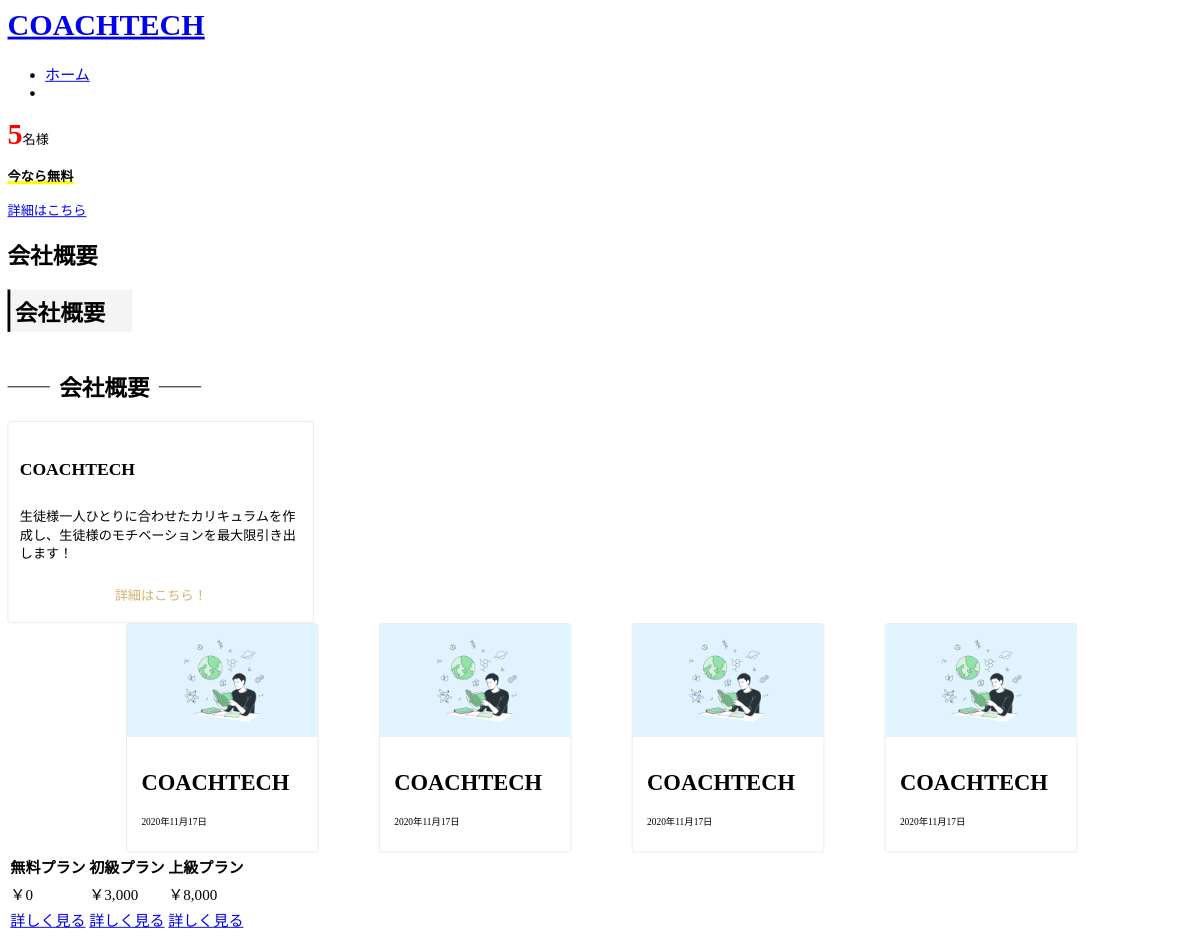
Repository: 9136424556/todo01
Page: coachtech/html-css/ホームページ基礎css2-4.html
These files come from the project's save history. The page is drawn as it stood at one moment and after the next save; the edit follows.
The browser window is 1280 px wide. The pictures show the whole page, at 94% of full size.

Above is the page before, as saved 2023-12-04 02:49:06.

### coachtech/html-css/ホームページ基礎css2-4.html
<link rel="stylesheet" href="css/css2-4.css">
<header class="header">
    <h1 class="header-tti">
        <a href="css2-4.html">
            COACHTECH
        </a>
    </h1>
    <nav class="header-nav">
        <ul class="header-nav-list">
            <li class="header-item"><a href="css2-4.html">ホーム</a></li>
            <li class="header-item"><a href="img/card.jpg"></a></li>
        </ul>
    </nav>
</header>
<p class="text">
    <span class="emphasis">5</span>名様
</p>
<p><span class="text2">今なら無料</span></p>
<a class="link" href="#">詳細はこちら</a>
<h2 class="title"><span class="title-innet">会社概要</span></h2>
<h2 class="title3">会社概要</h2>
<h2 class="title4">会社概要</h2>
<div class="card">
    <h3 class="title5">COACHTECH</h3>
    <p class="text3">
        生徒様一人ひとりに合わせたカリキュラムを作成し、生徒様のモチベーションを最大限引き出します！
    </p>
    <a class="link2">詳細はこちら！</a>
</div>
<div class="wrapper">
    <div class="card2">
    <div class="content-img">
    <img src="./img/part.png" />
    </div>
    <div class="text-box">
    <h2>COACHTECH</h2>
    <p class="date">2020年11月17日</p>
    </div>
    </div>
    <div class="card2">
    <div class="content-img">
    <img src="./img/part.png" />
    </div>
    <div class="text-box">
    <h2>COACHTECH</h2>
    <p class="date">2020年11月17日</p>
    </div>
    </div>
    <div class="card2">
    <div class="content-img">
    <img src="./img/part.png" />
    </div>
    <div class="text-box">
    <h2>COACHTECH</h2>
    <p class="date">2020年11月17日</p>
    </div>
    </div>
    <div class="card2">
    <div class="content-img">
    <img src="./img/part.png" />
    </div>
    <div class="text-box">
    <h2>COACHTECH</h2>
    <p class="date">2020年11月17日</p>
    </div>
    </div>
    </div>
    <table>
        <tr>
            <th>無料プラン</th>
            <th>初級プラン</th>
            <th>上級プラン</th>
        </tr>
        <tr>
            <td>￥0</td>
            <td>￥3,000</td>
            <td>￥8,000</td>
        </tr>
        <tr>
            <td><a href="#">詳しく見る</a></td>
            <td><a href="#">詳しく見る</a></td>
            <td><a href="#">詳しく見る</a></td>
        </tr>
    </table>

### coachtech/html-css/css/css2-4.css
.text{
    font-size: 14px;
}
.emphasis{
    font-size: 32px;
    font-weight: bold;
    color: red;
}
.text2{
    font-size: 14px;
    font-weight: bold;
  background: linear-gradient(transparent 75%, yellow 75%);
}
.link{
    font-size: 14px;
    color: blue;
}
.title-inner{
    font-size: 24px;
    font-weight: bold;
    border-bottom: 3px dashed #000;
    padding-bottom: 1px;
}
.title3{
    padding: 5px;
    border-left: 3px solid #000;
    background: #f4f4f4;
    width: 120px;
}
.title4{
    position: relative;
    display: inline-block;
    padding: 0 55px;
}
.title4::before, .title4::after{
    content: '';
    position: absolute;
    top: 50%;
    display: inline-block;
    width: 45px;
    height: 1px;
    background-color: black;
}
.title4::before{
    left: 0;
}
.title4::after{
    right: 0;
}
.card{
    width: 300px;
    padding: 20px 12px 10px;
    border: 1px solid #e9eaea;
    border-radius: 3px;
}
.title5{
    font: 20px;
}
.text3{
    padding: 10px 0;
    font-size: 14px;
}
.link2{
    display: block;
    text-align: center;
    margin: 10px 0;
    color:#d7b071;
    font-size: 14px;
}
.wrapper{
    display: flex;
    justify-content: space-between;
    width: 80%;
    margin: 0 auto;
}
img{
    width: 100px;
    height: auto;
}
.card2{
    width: 20%;
    cursor: pointer;
    border: 1px solid #e9eaea;
    border-radius: 3px;
}
.text-box{
    padding: 15px;
}
.content-img{
    padding:10px 0;
    text-align: center;
    background: #e1f3ff;
}
.date{
    font-size: 10px;
    margin-top: 5px;
}

After the next save:
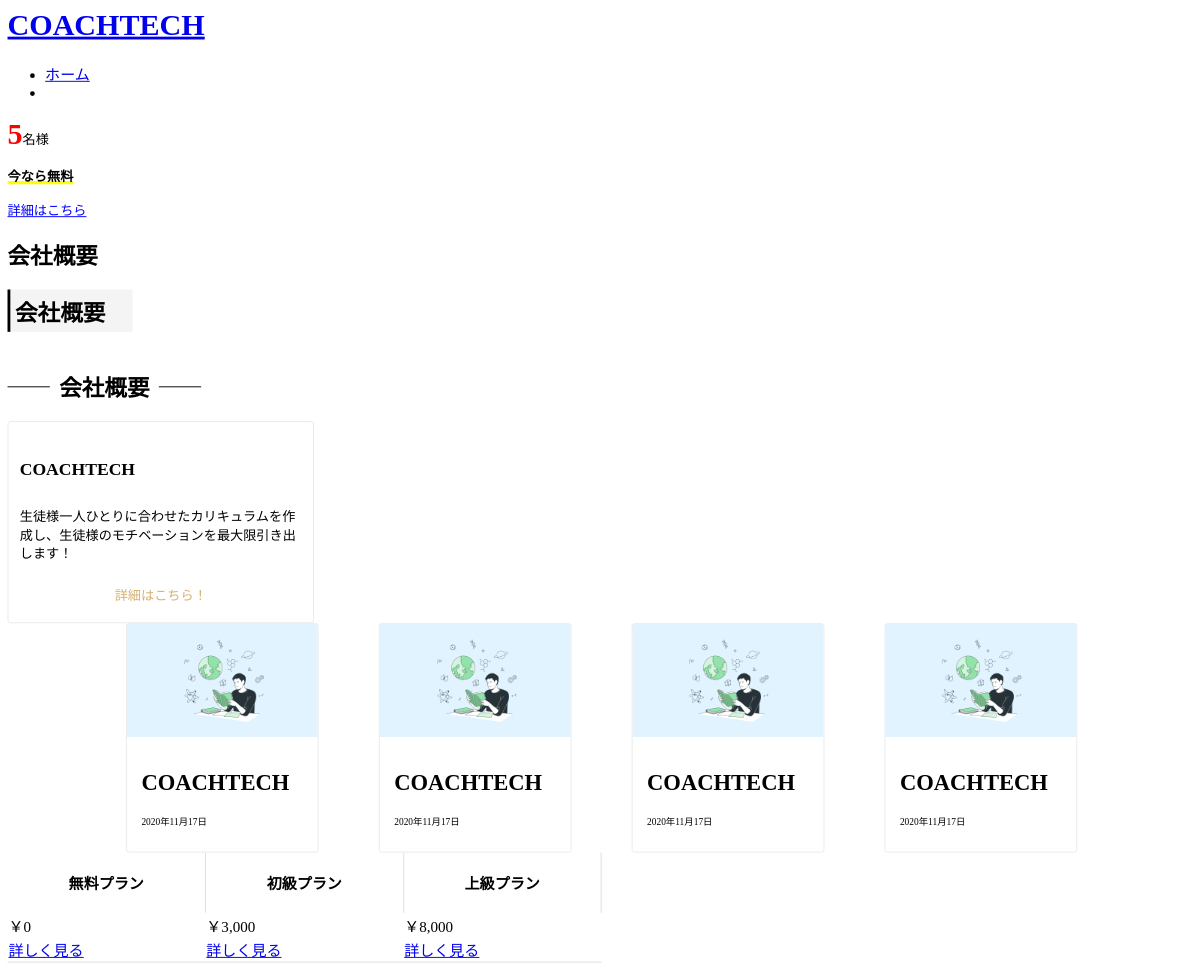
Saved 4 min 23 s later.
--- a/coachtech/html-css/css/css2-4.css
+++ b/coachtech/html-css/css/css2-4.css
@@ -95,3 +95,15 @@ img{
     font-size: 10px;
     margin-top: 5px;
 }
+table{
+    border-collapse: collapse;
+    width: 50%;
+}
+table tr:last-child{
+    border-bottom: 1px solid #ddd;
+}
+table th{
+    text-align: center;
+    padding: 20px 0;
+    border-right: solid 1px #ddd;
+}
